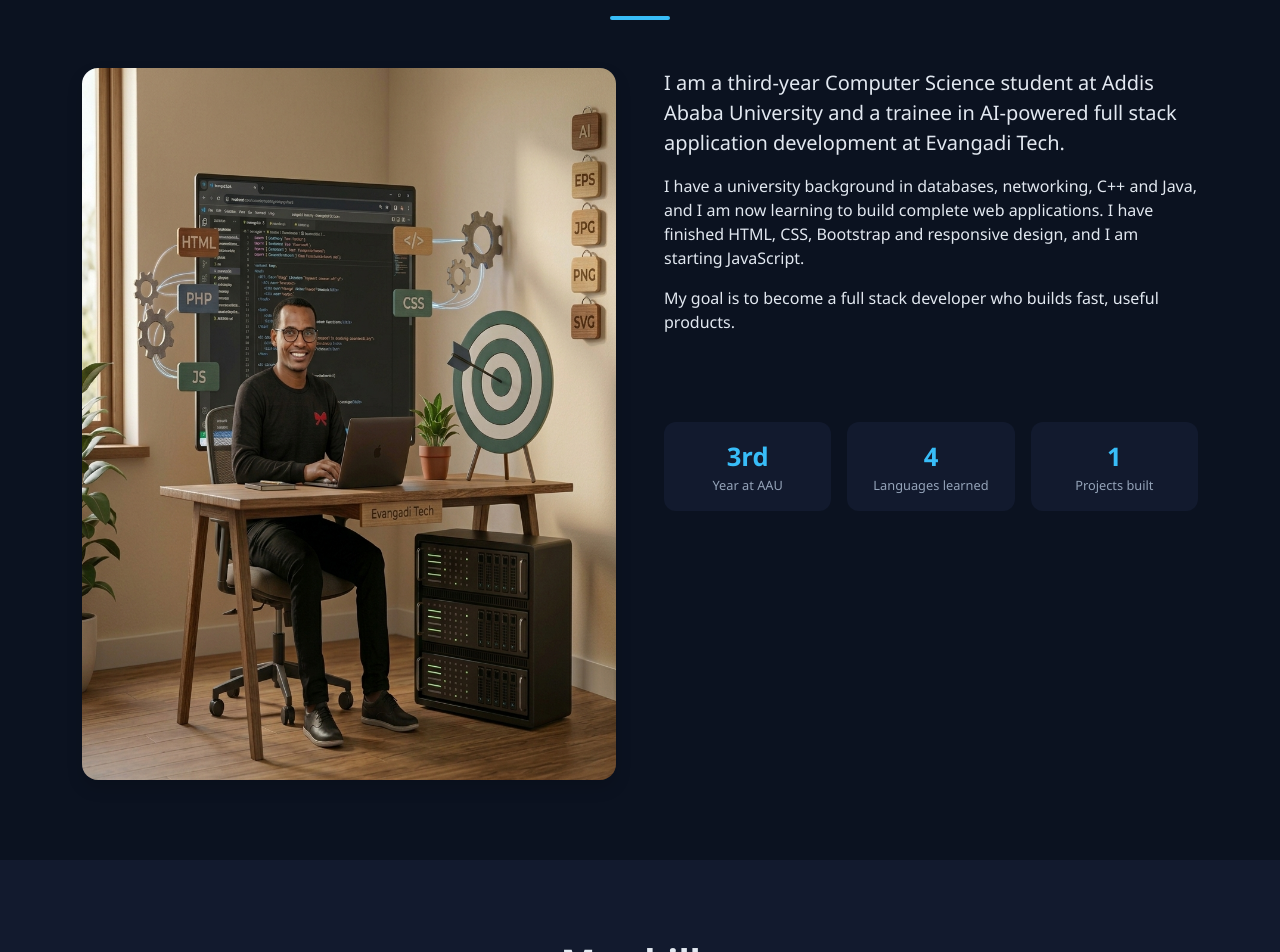
Repository: lawgaw-sefineh/MyPortfolioWebsite
Page: index.html
These files come from the project's save history. The page is drawn as it stood at one moment and after the next save; the edit follows.
The browser window is 1280 px wide. The pictures show the part of the page from y = 862 to 1814 px (the page is 3784 px tall).

Above is the page before, as saved 2026-10-07 01:36:37.

### index.html
<!DOCTYPE html>
<html lang="en">
<>
  <meta charset="UTF-8">
  <meta name="viewport" content="width=device-width, initial-scale=1">

  <!-- 1. TITLE: the blue link in Google results. Keep it under 60 characters -->
  <title>Lawgaw | Full Stack Developer in Addis Ababa, Ethiopia</title>

  <!-- 2. DESCRIPTION: the grey text under the title. Keep it 120 to 160 characters -->
  <meta name="description" content="Lawgaw is a Computer Science student at Addis Ababa University and an aspiring full stack developer. See my responsive web projects built with HTML, CSS, Bootstrap and JavaScript.">

  <!-- 3. Author and search robots -->
  <meta name="author" content="Lawgaw [Your Last Name]">
  <meta name="robots" content="index, follow">

  <!-- 4. Canonical: the one real address of this page -->
  <link rel="canonical" href="https://[your-username].github.io/">

  <!-- 5. Open Graph: the card shown when you share the link on Telegram, LinkedIn, Facebook -->
  <meta property="og:type" content="website">
  <meta property="og:title" content="Lawgaw | Full Stack Developer">
  <meta property="og:description" content="Aspiring full stack developer from Addis Ababa. View my projects and get in touch.">
  <meta property="og:url" content="https://[your-username].github.io/">
  <meta property="og:image" content="https://[your-username].github.io/images/share-image.jpg">

  <!-- 6. Twitter / X card -->
  <meta name="twitter:card" content="summary_large_image">
  <meta name="twitter:title" content="Lawgaw | Full Stack Developer">
  <meta name="twitter:description" content="Aspiring full stack developer from Addis Ababa. View my projects.">
  <meta name="twitter:image" content="https://[your-username].github.io/images/share-image.jpg">

  <!-- 7. Icon in the browser tab and color of the phone address bar -->
  <link rel="icon" href="images/favicon.png">
  <meta name="theme-color" content="#0b1220">

  <!-- 8. Structured data: tells Google who you are -->
  <script type="application/ld+json">
  {
    "@context": "https://schema.org",
    "@type": "Person",
    "name": "Lawgaw Sefineh",
    "jobTitle": "Aspiring Full Stack Developer",
    "url": "https://lawgaw-sefineh.github.io/",
    "image": "https://[your-username].github.io/images/profile.jpg",
    "alumniOf": "Addis Ababa University",
    "address": { "@type": "PostalAddress", "addressLocality": "Addis Ababa", "addressCountry": "ET" },
    "sameAs": [
      "https://github.com/[your-username]",
      "https://linkedin.com/in/[your-username]"
    ]
  }
  </script>
<!-- <link rel="stylesheet" href="https://cdn.jsdelivr.net/npm/bootstrap@5.3.8/dist/css/bootstrap.min.css"> -->
  <!-- <link href="https://cdn.jsdelivr.net/npm/bootstrap@5.3.3/dist/css/bootstrap.min.css" rel="stylesheet"> -->
  <!-- <link href="css/style.css" rel="stylesheet"> -->

  <!-- Bootstrap first, your CSS second -->
   <link href="./css/bootstrap.css" rel="stylesheet">
  <link href="css/style.css" rel="stylesheet">
</head>
<body>

  <!-- ================= NAVBAR ================= -->
  <nav class="navbar navbar-expand-lg navbar-dark fixed-top site-nav">
    <div class="container">
      <a class="navbar-brand fw-bold" href="#home">Lawgaw<span class="accent">.</span></a>
      <button class="navbar-toggler" type="button" data-bs-toggle="collapse"
              data-bs-target="#menu" aria-controls="menu" aria-expanded="false" aria-label="Toggle menu">
        <span class="navbar-toggler-icon"></span>
      </button>
      <div class="collapse navbar-collapse" id="menu">
        <ul class="navbar-nav ms-auto">
          <li class="nav-item"><a class="nav-link" href="#home">Home</a></li>
          <li class="nav-item"><a class="nav-link" href="#about">About</a></li>
          <li class="nav-item"><a class="nav-link" href="#skills">Skills</a></li>
          <li class="nav-item"><a class="nav-link" href="#projects">Projects</a></li>
          <li class="nav-item"><a class="nav-link" href="#contact">Contact</a></li>
        </ul>
      </div>
    </div>
  </nav>


  <!-- ================= HERO =================
       BACKGROUND IMAGE: images/hero-bg.jpg  (set in CSS, class .hero)
       PROFILE PHOTO:    images/profile.jpg  (below)                 -->
  <header id="home" class="hero d-flex align-items-center text-center">
    <div class="container">
      <img src="images/lawgawpro3.jpg" class="hero-photo rounded-circle mb-4" alt="Photo of Lawgaw">
      <p class="hero-hello mb-2">Hello, I'm</p>
      <h1 class="hero-title fw-bold mb-3">Lawgaw Sefineh</h1>
      <p class="hero-role mb-4">Aspiring Full Stack Developer</p>
      <div class="d-flex flex-column flex-sm-row justify-content-center gap-3">
        <a href="#projects" class="btn btn-accent btn-lg">View my work</a>
        <a href="#contact" class="btn btn-outline-light btn-lg">Contact me</a>
      </div>
    </div>
  </header>

  <!-- ================= ABOUT =================
       IMAGE: images/about.jpg                -->
<section id="about" class="section">
  <div class="container">
    <h2 class="section-title text-center mb-5">About me</h2>

    <div class="row align-items-stretch g-5">
      <!-- Left Column: Image -->
      <div class="col-12 col-md-6 L_banner">
        <img src="images/fullstackjou.jpg" class="banner-photo img-fluid rounded-4 shadow h-80 w-100 object-fit-cover" alt="lawgaw working on a laptop">
      </div>

      <!-- Right Column: Text -->
      <div class=" h-100 col-12 col-md-6 d-flex flex-column justify-content-center">
        <p class="lead">
          I am a third-year Computer Science student at Addis Ababa University and a
          trainee in AI-powered full stack application development at Evangadi Tech.
        </p>
        <p>
          I have a university background in databases, networking, C++ and Java, and I am now
          learning to build complete web applications. I have finished HTML, CSS, Bootstrap and
          responsive design, and I am starting JavaScript.
        </p>
        <p class="mb-4">My goal is to become a full stack developer who builds fast, useful products.</p>

        <div class="row text-center g-3 mt-5">
          <div class="col-4">
            <div class="fact">
              <span class="fact-number">3rd</span>
              <span class="fact-label">Year at AAU</span>
            </div>
          </div>
          <div class="col-4">
            <div class="fact">
              <span class="fact-number">4</span>
              <span class="fact-label">Languages learned</span>
            </div>
          </div>
          <div class="col-4">
            <div class="fact">
              <span class="fact-number">1</span>
              <span class="fact-label">Projects built</span>
            </div>
          </div>
        </div>
      </div>
    </div>
  </div>
</section>

  <!-- ================= SKILLS ================= -->
  <section id="skills" class="section section-alt">
    <div class="container">
      <h2 class="section-title text-center mb-5">My skills</h2>

      <!-- 2 per row on phone, 3 on tablet, 4 on desktop -->
      <div class="row g-3 g-lg-4 text-center">
        <div class="col-6 col-md-4 col-lg-3">
          <div class="skill-card"><h3>HTML</h3>
            <p>Page structure and semantic tags</p>
          </div>
        </div>
        <div class="col-6 col-md-4 col-lg-3">
          <div class="skill-card"><h3>CSS</h3>
            <p>Flexbox, media queries, styling</p>
          </div>
        </div>
        <div class="col-6 col-md-4 col-lg-3">
          <div class="skill-card"><h3>Bootstrap</h3>
            <p>Grid, utilities, components</p>
          </div>
        </div>
        <div class="col-6 col-md-4 col-lg-3">
          <div class="skill-card"><h3>JavaScript</h3>
            <p>Currently learning</p>
          </div>
        </div>
       <div class="col-6 col-md-4 col-lg-3">
          <div class="skill-card"><h3>DSA</h3>
            <p>Currently learning</p>
          </div>
       </div>
      <div class="col-6 col-md-4 col-lg-3">
          <div class="skill-card"><h3>Python</h3>
            <p>Currently learning</p>
          </div>
      </div>
        <div class="col-6 col-md-4 col-lg-3">
          <div class="skill-card"><h3>C++</h3>
            <p>University coursework</p>
          </div>
        </div>
        <div class="col-6 col-md-4 col-lg-3">
          <div class="skill-card"><h3>Java</h3>
            <p>University coursework</p></div>
        </div>
        <div class="col-6 col-md-4 col-lg-3"><div class="skill-card"><h3>Databases</h3>
          <p>University coursework</p>
        </div>
      </div>
        <div class="col-6 col-md-4 col-lg-3"><div class="skill-card"><h3>Networking</h3>
          <p>University coursework</p>
        </div>
        </div>
      </div>
    </div>
  </section>

  <!-- ================= PROJECTS =================
       IMAGES: images/project-1.jpg, project-2.jpg, project-3.jpg -->
  <section id="projects" class="section">
    <div class="container">
      <h2 class="section-title text-center mb-5">My projects</h2>

      <!-- 1 per row on phone, 2 on tablet, 3 on desktop -->
      <div class="row g-4">

        <div class="col-12 col-md-6 col-lg-4">
          <div class="card project-card h-100">
            <img src="images/project1.jpg" class="card-img-top" alt="Apple website replica">
            <div class="card-body d-flex flex-column">
              <h3 class="card-title h5">Apple Website Replica</h3>
              <p class="card-text">A responsive copy of the Apple home page built with HTML, CSS and Bootstrap.</p>
              <div class="mt-auto">
                <a href="https://appl-responsive-replica.netlify.app/" class="btn btn-sm btn-accent">Live demo</a>
                <a href="https://github.com/lawgaw-sefineh/Apple-Responsive-Replica.git" class="btn btn-sm btn-outline-secondary">Code</a>
              </div>
            </div>
          </div>
        </div>

        <div class="col-12 col-md-6 ">
          <div class="card project-card h-100">
            <img src="images/project2.jpg" class="card-img-top w-80" alt="Personal portfolio">
            <div class="card-body d-flex flex-column">
              <h3 class="card-title h5">Personal Portfolio</h3>
              <p class="card-text">This website. A mobile-first design using the Bootstrap grid and media queries.</p>
              <div class="mt-auto">
                <a href="#" class="btn btn-sm btn-accent">Live demo</a>
                <a href="https://github.com/lawgaw-sefineh/MyPortfolioWebsite.git" class="btn btn-sm btn-outline-secondary">Code</a>
              </div>
            </div>
          </div>
        </div>

        <div class="col-12 col-md-6 col-lg-4">
          <div class="card project-card h-100">
            <img src="images/project-3.jpg" class="card-img-top" alt="Next project">
            <div class="card-body d-flex flex-column">
              <h3 class="card-title h5">Next: JavaScript Project</h3>
              <p class="card-text">Coming soon. A small interactive app once I finish learning JavaScript.</p>
              <div class="mt-auto">
                <a href="#" class="btn btn-sm btn-outline-secondary disabled">Coming soon</a>
              </div>
            </div>
          </div>
        </div>

      </div>
    </div>
  </section>


  <!-- ================= CONTACT =================
       BACKGROUND IMAGE: images/contact-bg.jpg (set in CSS, class .contact) -->
  <section id="contact" class="contact section text-center">
    <div class="container">
      <h2 class="section-title mb-3">Let's work together</h2>
      <p class="lead mb-4">I am open to internships, junior roles and collaboration.</p>

      <div class="d-flex flex-column flex-sm-row justify-content-center gap-3">
        <a href="mailto:lawgawsefineh1@gmail.com" class="btn btn-accent btn-lg">Email me</a>
        <a href="https://github.com/lawgaw-sefineh" class="btn btn-outline-light btn-lg">GitHub</a>
        <a href="https://linkedin.com/in/lawgaw-sefineh" class="btn btn-outline-light btn-lg">LinkedIn</a>
        <a href="https://t.me/christSmary" class="btn btn-outline-light btn-lg">Telegram</a>
      </div>
    </div>
  </section>


  <!-- ================= FOOTER ================= -->
  <footer class="site-footer text-center py-4">
    <p class="mb-0 small">&copy; 2026 Lawgaw. Built with HTML, CSS and Bootstrap.</p>
  </footer>

  <!-- Bootstrap JS: needed for the mobile menu button -->
  <script src="https://cdn.jsdelivr.net/npm/bootstrap@5.3.3/dist/js/bootstrap.bundle.min.js"></script>
</body>
</html>

### css/style.css
/* =========================================================
   css/style.css - Portfolio (Bootstrap + custom CSS)
   Image paths start with ../images/ because this file is in css/
   ========================================================= */

/* ---------- 1. Colors and basics ---------- */
:root {
  --bg-dark: #0b1220;
  --bg-card: #121a2e;
  --accent: #38bdf8;
  --text: #e2e8f0;
  --muted: #94a3b8;
}

html {
  scroll-behavior: smooth;
  scroll-padding-top: 70px;
} /* menu does not cover titles */

body {
  font-family:
    "Segoe UI",
    system-ui,
    -apple-system,
    Arial,
    sans-serif;
  background: var(--bg-dark);
  color: var(--text);
}

.accent {
  color: var(--accent);
}

/* ---------- 2. Navbar ---------- */
.site-nav {
  background: rgba(11, 18, 32, 0.92);
  backdrop-filter: blur(6px);
}
.site-nav .nav-link {
  color: var(--text);
}
.site-nav .nav-link:hover {
  color: var(--accent);
}

/* ---------- 3. Buttons ---------- */
.btn-accent {
  background: var(--accent);
  border-color: var(--accent);
  color: #06111f;
  font-weight: 600;
}
.btn-accent:hover {
  background: #7dd3fc;
  border-color: #7dd3fc;
  color: #06111f;
}

/* ---------- 4. HERO (background image: images/hero-bg.jpg) ---------- */
.hero {
  min-height: 100vh;
  padding: 6rem 0 3rem;
  /* dark overlay on top of the image, so white text stays readable */
  background-image:
    linear-gradient(rgba(11, 18, 32, 0.75), rgba(11, 18, 32, 0.85)),
    url("../images/hero-bg.jpg");
  background-size: cover;
  background-position: center;
  background-repeat: no-repeat;
  background-color: var(--bg-dark); /* shows if the image is missing */
}

.hero-photo {
  width: 130px;
  height: 130px;
  object-fit: cover; /* crops the photo to a square */
  border: 4px solid var(--accent);
}

.hero-hello {
  color: var(--accent);
  font-size: 1.1rem;
}
.hero-title {
  font-size: 2.2rem;
} /* mobile size */
.hero-role {
  font-size: 1.15rem;
  color: var(--muted);
}

/* ---------- 5. Sections ---------- */
.section {
  padding: 4rem 0;
}
.section-alt {
  background: var(--bg-card);
}

.section-title {
  font-size: 1.9rem;
  font-weight: 700;
}
.section-title::after {
  /* small line under each title */
  content: "";
  display: block;
  width: 60px;
  height: 4px;
  margin: 0.6rem auto 0;
  background: var(--accent);
  border-radius: 2px;
}
.contact .section-title::after {
  display: none;
}
/* ---------- 6. About facts ---------- */
.fact {
  background: var(--bg-card);
  border-radius: 0.75rem;
  padding: 1rem 0.5rem;
}
.fact-number {
  display: block;
  font-size: 1.6rem;
  font-weight: 700;
  color: var(--accent);
}
.fact-label {
  display: block;
  font-size: 0.8rem;
  color: var(--muted);
}
/* ---------- 7. Skills ---------- */
.skill-card {
  background: var(--bg-dark);
  border: 1px solid #1e293b;
  border-radius: 0.75rem;
  padding: 1.5rem 1rem;
  height: 100%;
  transition:
    transform 0.2s,
    border-color 0.2s;
}
.skill-card:hover {
  transform: translateY(-6px);
  border-color: var(--accent);
}
.skill-card h3 {
  font-size: 1.15rem;
  color: var(--accent);
}
.skill-card p {
  margin: 0;
  font-size: 0.9rem;
  color: var(--muted);
}

/* ---------- 8. Project cards ---------- */
.project-card {
  background: var(--bg-card);
  border: 1px solid #1e293b;
  color: var(--text);
  overflow: hidden;
  transition: transform 0.2s;
}
.project-card:hover {
  transform: translateY(-6px);
}
.project-card .card-img-top {
  height: 200px;
  object-fit: cover; /* all project images get the same size */
}
.project-card .card-text {
  color: var(--muted);
}

/* ---------- 9. Contact (background image: images/contact-bg.jpg) ---------- */
.contact {
  background-image: linear-gradient(
    135deg,
    #0b1220 0%,
    #0f2744 50%,
    #0b3b5c 100%
  );
  background-color: var(--bg-dark);
}
/* ---------- 10. Footer ---------- */
.site-footer {
  background: #060a14;
  color: var(--muted);
}

/* =========================================================
   RESPONSIVE (media queries)
   Bootstrap handles the columns; these change sizes only.
   ========================================================= */

/* Tablet: 768px and up */
@media (min-width: 768px) {
  .hero-photo {
    width: 160px;
    height: 160px;
  }
  .hero-title {
    font-size: 3.2rem;
  }
  .hero-role {
    font-size: 1.4rem;
  }
  .section {
    padding: 5rem 0;
  }
  .section-title {
    font-size: 2.3rem;
  }
}

/* Desktop: 992px and up */
@media (min-width: 992px) {
  .hero-photo {
    width: 190px;
    height: 190px;
  }
  .hero-title {
    font-size: 4rem;
  }
  .hero-role {
    font-size: 1.6rem;
  }
  .project-card .card-img-top {
    height: 220px;
  }
}

/* Large desktop: 1400px and up */
@media (min-width: 1400px) {
  .hero-title {
    font-size: 5rem;
  }
}

Loaded but not shown: css/bootstrap.css (library)

After the next save:
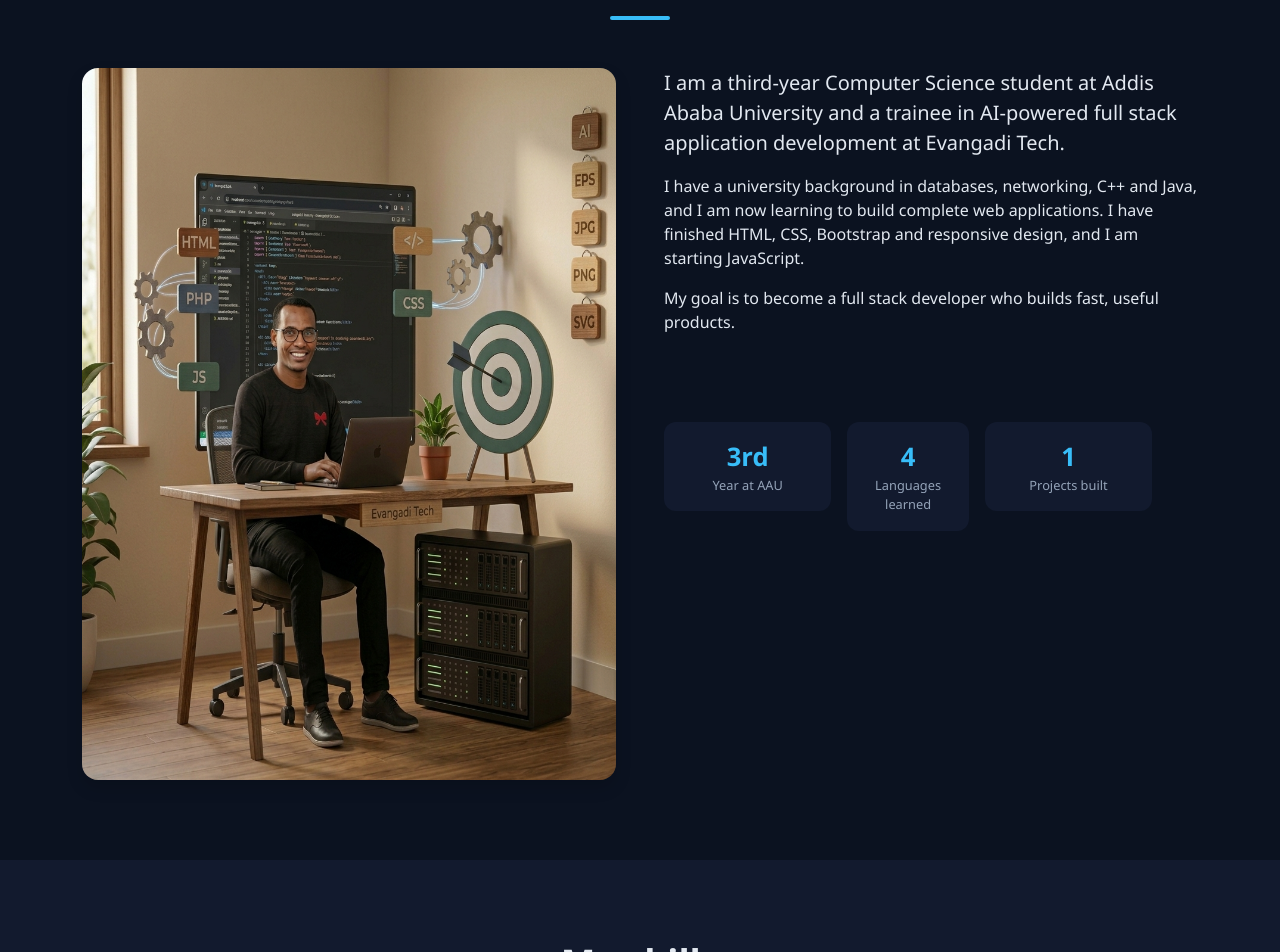
Saved 39 h 49 min later.
--- a/index.html
+++ b/index.html
@@ -130,7 +130,7 @@
               <span class="fact-label">Year at AAU</span>
             </div>
           </div>
-          <div class="col-4">
+          <div class="col-3">
             <div class="fact">
               <span class="fact-number">4</span>
               <span class="fact-label">Languages learned</span>
